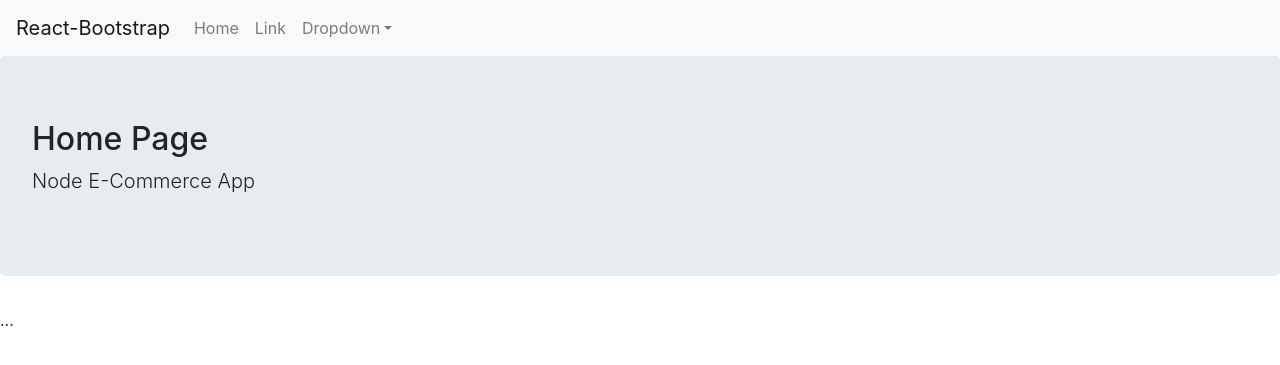
Repository: Awhit-commits/ecommerce_app_medium
Page: / (app in client/)
The author's editor kept a copy of each file at every save. The page is drawn from the files as they stood at one save, then again after a run of saves.
The browser window is 1280 px wide. The pictures show the whole page.
The project was rebuilt for these pictures with package versions that can differ from the ones it lists, and the page was loaded fresh each time. Also part of the build but not shown: client/src/App.css, client/src/component/Auth/Login/LoginForm.jsx, client/src/component/Auth/Sign Up/SignUpForm.jsx, client/src/component/Auth/Login/Login.jsx, client/src/component/Auth/Sign Up/Signup.jsx, client/src/component/Dashboard/UserDashboard.jsx, client/src/component/Auth/Private Route/PrivateRoute.jsx.

Above is the page before, as saved 2020-12-01 21:16:02.

### client/src/App.js
import React from 'react';
import logo from './logo.svg';
import './App.css';

import 'bootstrap/dist/css/bootstrap.min.css';
import AppContainer from './component/AppContainer';


function App() {
  return (
    <div className="">
     <AppContainer/>
    </div>
  );
}


export default App;

### client/src/component/AppContainer.jsx
import React from 'react'
import { BrowserRouter as Router,Switch,Route } from 'react-router-dom'
// import Login from './Auth/Login/Login'
import LoginForm from './Auth/Login/LoginForm'
// import Signup from './Auth/Sign Up/Signup'
import SignUpForm from './Auth/Sign Up/SignUpForm'
import Home from './Core/Home'
import NavBar from './NavBar/NavBar'
import UserDashboard from './Dashboard/UserDashboard'
import PrivateRoute from './Auth/Private Route/PrivateRoute'


export default function AppContainer() {

    return (
        <div>

            <Router>
                <NavBar/>
                <Switch>

            <Route path = "/" exact component = {Home}></Route>
            <Route path = "/signup"><SignUpForm/></Route>
            <Route path = "/login"><LoginForm/></Route>
            <PrivateRoute path="/dashboard"  exact component = {UserDashboard}/>
            </Switch>



    </Router>

        </div>
    )
}

### client/src/component/Core/Home.jsx
import React from 'react'
import Layout from './Layout'

const Home= () =>(

    <Layout title = "Home Page" description = "Node E-Commerce App">... </Layout>
)
export default Home

### client/src/component/NavBar/NavBar.jsx
import React, { Fragment } from 'react';
import {Link,withRouter} from 'react-router-dom';
import Navbar from "react-bootstrap/Navbar"
import Nav from "react-bootstrap/Nav";
import NavDropdown from "react-bootstrap/NavDropdown"
import Signup from '../Auth/Sign Up/Signup';
import Login from '../Auth/Login/Login';
import Button from 'react-bootstrap/esm/Button';

import {signOut,isAuthenicated} from '../Auth/index'
import UserDashboard from '../Dashboard/UserDashboard';

const isActive = (history,path)=>{
    if(history.location.pathname === path){
        return{color:"#ff9900"};
    }
    else{
        return{color:"#7F7F7F"};
    }
}

const Menu =({history})=> (
  //   <Navbar bg="light" expand="lg">
  // <Navbar.Brand href="/">React-Bootstrap</Navbar.Brand>
  // <Navbar.Toggle aria-controls="basic-navbar-nav" />
  // <Navbar.Collapse id="basic-navbar-nav">
  //   <Nav className="mr-auto">
  //     <Nav.Link href="/"><Button style = {isActive(history,"/")} variant = "">Home</Button></Nav.Link>
  //     {!isAuthenicated() && <Fragment> <Nav.Item><Nav.Link href="#" ><Button  style = {isActive(history,"/signup")} variant = ""><Signup /></Button></Nav.Link></Nav.Item>
  //    <Nav.Item> <Nav.Link href="#"><Button  style = {isActive(history,"/login")} variant = ""><Login /></Button></Nav.Link></Nav.Item>
  //    </Fragment>}

  //     {isAuthenicated() && (<Fragment><Nav.Item> <Nav.Link href="#" ><Button style = {isActive(history,"/signout")} variant ="" onClick = {()=>signOut(()=>{history.push("/")})}>Signout</Button></Nav.Link></Nav.Item>
  //     <Nav.Item><Nav.Link href = "/dashboard"><Button style = {isActive(history,"/dashboard")} variant ="">Dashboard</Button></Nav.Link></Nav.Item></Fragment>
  //     )}



  //   </Nav>
  //   </Navbar.Collapse>
  //   </Navbar>

  <Navbar bg="light" expand="lg">
  <Navbar.Brand href="#home">React-Bootstrap</Navbar.Brand>
  <Navbar.Toggle aria-controls="basic-navbar-nav" />
  <Navbar.Collapse id="basic-navbar-nav">
    <Nav className="mr-auto">
      <Nav.Link href="#home">Home</Nav.Link>
      <Nav.Link href="#link">Link</Nav.Link>
      <NavDropdown title="Dropdown" id="basic-nav-dropdown">
        <NavDropdown.Item href="#action/3.1">Action</NavDropdown.Item>
        <NavDropdown.Item href="#action/3.2">Another action</NavDropdown.Item>
        <NavDropdown.Item href="#action/3.3">Something</NavDropdown.Item>
        <NavDropdown.Divider />
        <NavDropdown.Item href="#action/3.4">Separated link</NavDropdown.Item>
      </NavDropdown>
    </Nav>
  </Navbar.Collapse>
</Navbar>
)
export default withRouter(Menu)

### client/src/component/Core/Layout.jsx
import React from 'react'
import Jumbotron from 'react-bootstrap/Jumbotron'

const Layout  = ({title = "Title",
description = "Description",
className,children} )=>(
    <div>
        <Jumbotron>
            <h2>{title}</h2>
            <p className = "lead"> {description}</p>
        </Jumbotron>
        <div className = {className}> {children}</div>
    </div>

)

export default Layout

### client/src/component/Auth/index.js


 export const authenticate = (data,next)=>
 {
     if(typeof window !=='undefined'){
         localStorage.setItem('jwt',JSON.stringify(data))
         next()
     }
 }

 export const signOut = async (next)=>{
     if(typeof window !== 'undefined'){
         localStorage.removeItem('jwt')
         next()
         let response = await fetch('/api/signout')
         let json = await response.json()
         console.log(json)

     }
 }

 export const isAuthenicated = ()=>{
     if (typeof window =='undefined'){
         return false
     }
     if (localStorage.getItem('jwt')){
         return JSON.parse(localStorage.getItem('jwt'))
     }
     else{
         return false
     }
 }

Loaded but not shown: client/public/index.html (common file); client/src/index.js (common file); client/src/index.css (common file); client/src/serviceWorker.js (common file)

After the next 2 saves:
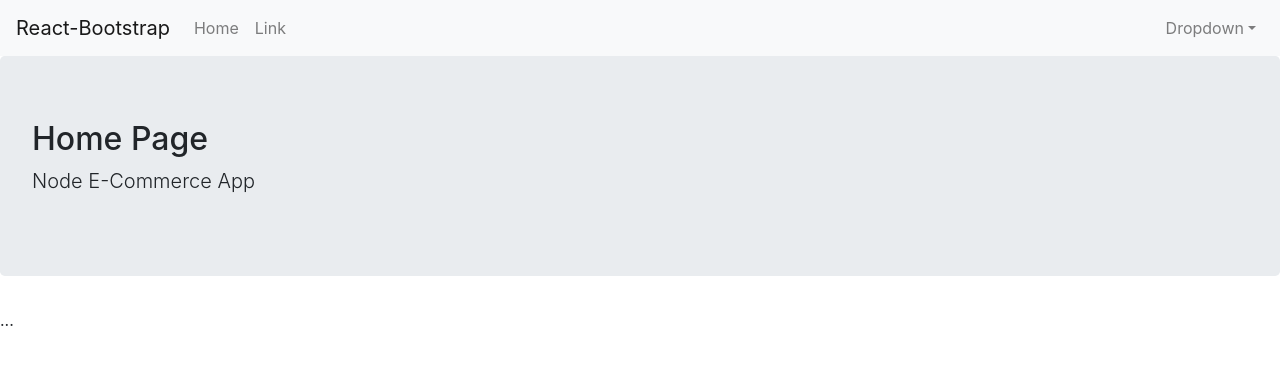
The 2 saves are shown as one change because 1 did not build or start.
The last was saved 98 s later.
--- a/client/src/component/NavBar/NavBar.jsx
+++ b/client/src/component/NavBar/NavBar.jsx
@@ -47,6 +47,8 @@ const Menu =({history})=> (
     <Nav className="mr-auto">
       <Nav.Link href="#home">Home</Nav.Link>
       <Nav.Link href="#link">Link</Nav.Link>
+      </Nav>
+      <Nav>
       <NavDropdown title="Dropdown" id="basic-nav-dropdown">
         <NavDropdown.Item href="#action/3.1">Action</NavDropdown.Item>
         <NavDropdown.Item href="#action/3.2">Another action</NavDropdown.Item>
